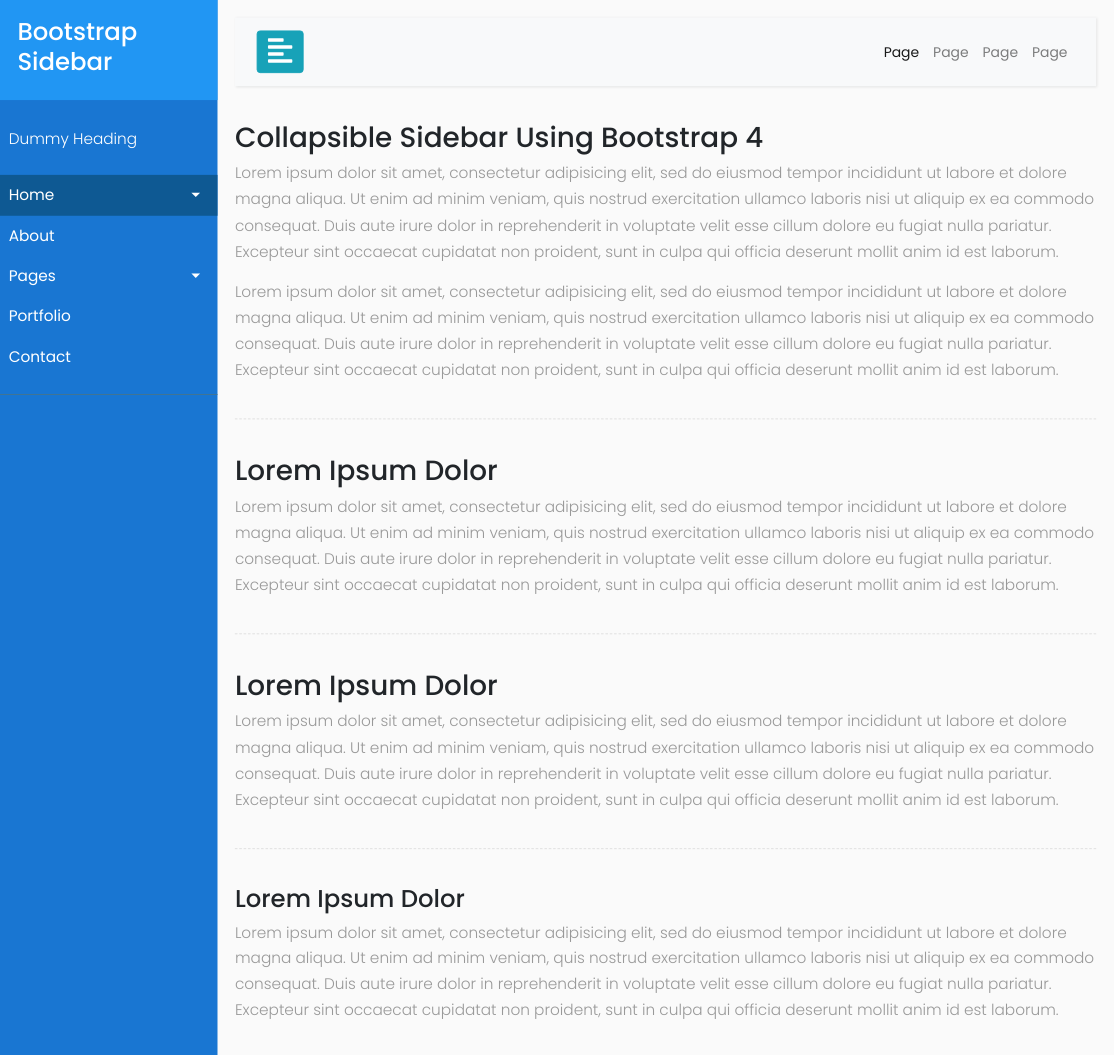
Repository: thiagosfideles/aprendendo-git
Page: http://localhost/
The author's editor kept a record of every edit. The page is drawn from the files as they stood at one moment, then again after the next edit.
The browser window is 1280 px wide. The pictures show the whole page, at 87% of full size.
Some web libraries are served in a nearby version. The page is run by PHP 8.4 with error messages shown; the project is at /var/www/html/.

Above is the page before.

After the next edit:
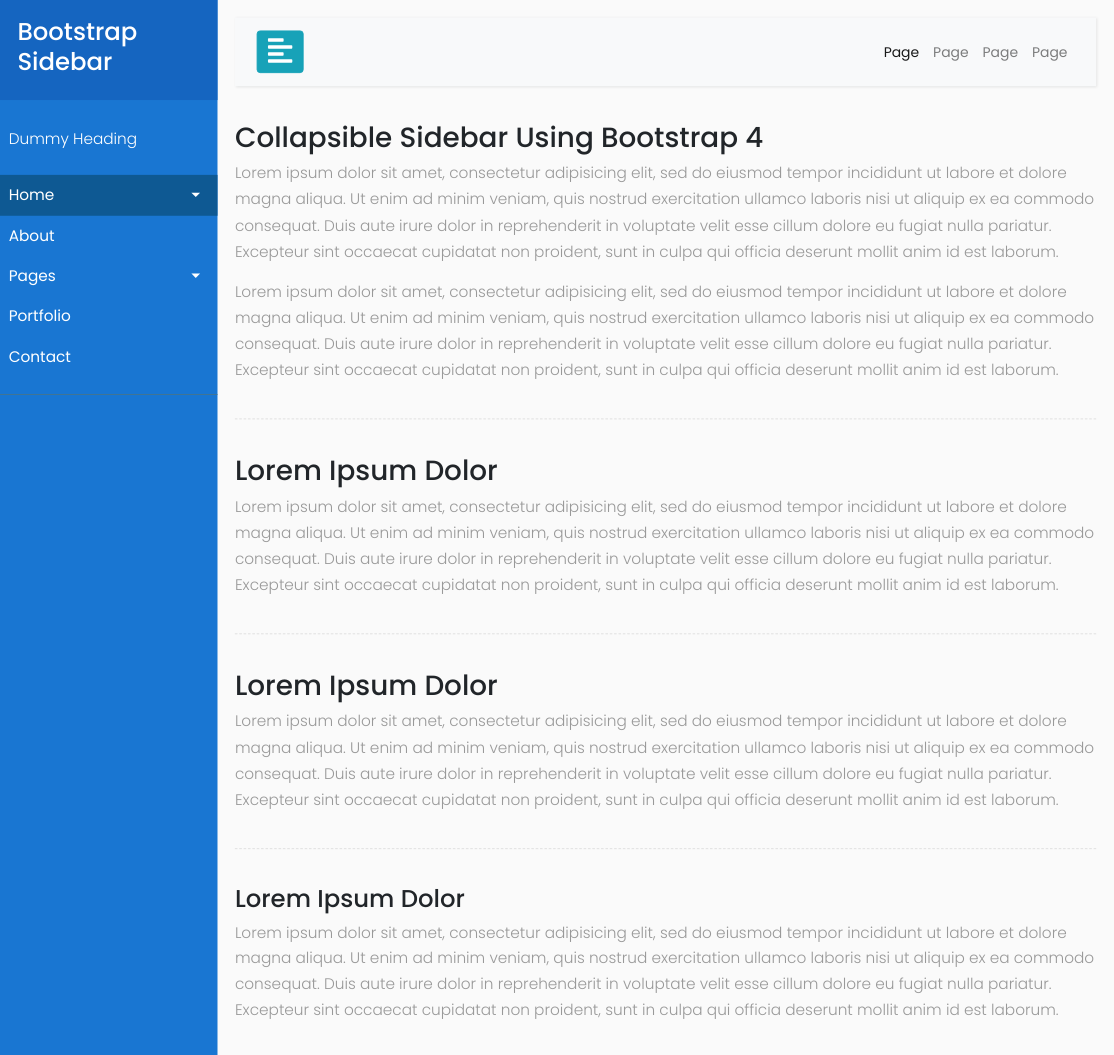
The edit:
--- a/css/style.css
+++ b/css/style.css
@@ -70,7 +70,7 @@
 
 #sidebar .sidebar-header {
     padding: 20px;
-    background: #2196f3;
+    background: #1565c0;
 }
 
 #sidebar ul.components {
